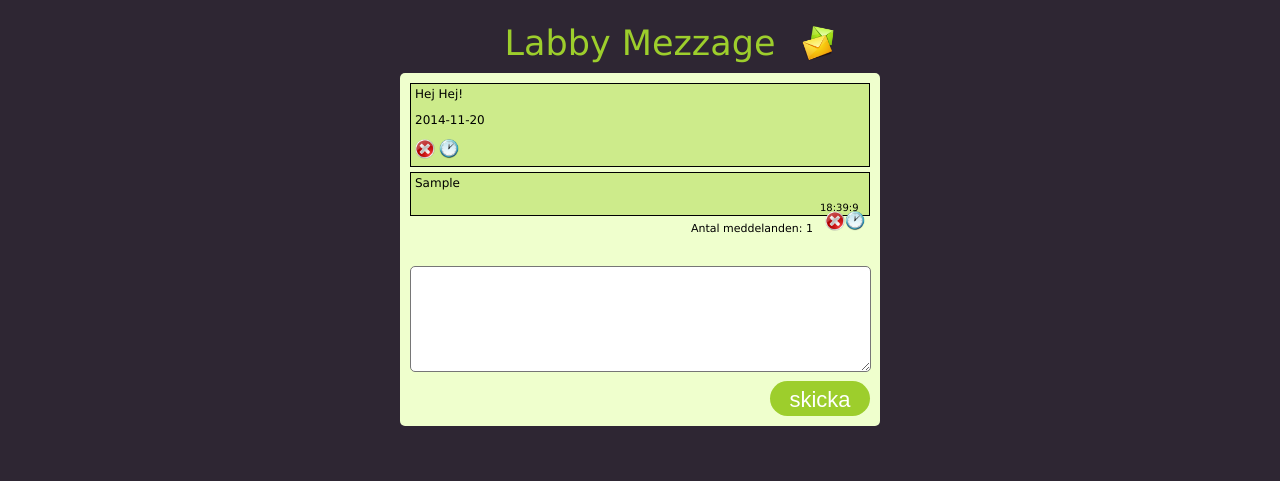
Repository: ad222kr/1dv403-laborationer
Page: 2-labbymezzage/index.html
The author's editor kept a record of every edit. The page is drawn from the files as they stood at one moment, then again after the next edit.
The browser window is 1280 px wide. The pictures show the whole page.
Empty fields were first filled with sample values (such as "Sample", 5 or name@example.com).
After loading, the first visible `#button` was clicked once.

Above is the page before.

### 2-labbymezzage/index.html
<!DOCTYPE HTML>
<html lang="sv">
    <head>
        <meta charset="UTF-8" />
        <title>Laboration 2 - Labby Mezzage!</title>
        <link rel="stylesheet" href="css/style.css" />
        <script src="js/Message.js"></script>
        <script src="js/MessageBoard.js"></script>

    </head>

    <body>
        <div id ="container">
            <header><h1>Labby Mezzage</h1></header>
            <div id="content">
                <div id="messages">
                    <div class="message">
                        <p class="msgtext">Hej Hej!</p>
                        <div id="buttons">
                            <p class "timestamp">2014-11-20</p>
                            <a href="#"><img class="delete" src="img/Remove-icon.png"></a></img>
                            <a href="#"><img class="time" src="img/clock.png"></a></img>
                        </div>

                    </div>
                </div>

                <div id="numberofmess"><p>Antal meddelanden: 1</p></div>
                <form id="form">
                    <textarea id="textarea" name="textarea"></textarea>
                <button id="button" type="button">skicka</button>
                </form>
            </div>
        </div>
    </body>
</html>

### 2-labbymezzage/css/style.css
body{
    background-color: #2E2633; /* Ändra sen */
    font-family: Verdana, Helvetica;

}

h1{

    color:#9dce2c;
    font-size: 35px;
    font-weight: normal;
}
p{
    color: black;
}

header{
    background-image: url("pics/logo.png");
    background-size: 35px 35px;
    background-repeat: no-repeat;
    background-position: 90%;
    text-align: center;
    height: 40px;
    line-height: 40px;
    margin-bottom:10px;
}

#container{
    width: 480px;
    margin: 0px auto;
}

#content{
    background: #EFFFCD;
    border-color: #000000;
    padding: 10px;
    border-radius: 5px;
    -webkit-border-radius: 5px;
    -moz-border-radius: 5px;


}

#content textarea{
    width: 455px;
    height: 100px;
    -webkit-border-radius: 5px;
    -moz-border-radius: 5px;
    border-radius: 5px;
    margin-top:20px;
}

#button{
    border: 0px;
	background-color:#9dce2c;
	-webkit-border-top-left-radius:42px;
	-moz-border-radius-topleft:42px;
	border-top-left-radius:42px;
	-webkit-border-top-right-radius:42px;
	-moz-border-radius-topright:42px;
	border-top-right-radius:42px;
	-webkit-border-bottom-right-radius:42px;
	-moz-border-radius-bottomright:42px;
	border-bottom-right-radius:42px;
	-webkit-border-bottom-left-radius:42px;
	-moz-border-radius-bottomleft:42px;
	border-bottom-left-radius:42px;
	display:inline-block;
	color:#ffffff;
	font-size:22px;
	font-weight:normal;
	font-style:normal;
	height:35px;
	line-height:35px;
	width:100px;
	text-decoration:none;
	text-align:center;
	margin-left: 360px;
	margin-top: 5px;
}

#button:hover{
    background:-webkit-gradient( linear, left top, left bottom, color-stop(0.05, #8cb82b), color-stop(1, #9dce2c) );
	background:-moz-linear-gradient( center top, #8cb82b 5%, #9dce2c 100% );
	background-color:#8cb82b;
}

#button:active{
    position: relative;
    top: 1px;
}

#numberofmess{
    color: black;
    font-size: 11px;
    float: right;
    margin-bottom: -25px;
}

#messages{
    margin-bottom: -15px;
}

.message{

    margin-bottom: 5px;
    font-size: 12px;
    border: solid 1px;
    background: #cdeb8b;
    padding: 4px;
}

.delete{
    height: 20px;
    width: 20px;
}
.time{
    height: 20px;
    width: 20px;
}

.buttons{
    float: right;
    margin-left: 200px;
    margin: 0 0 1em 1em;

}

.msgtext{
    width: 395px;
    text-align: justify;
    margin-top:-1px;
    word-wrap: break-word;
    display: block;

}

.timestamp{
    margin-left:405px;
    margin-bottom:-2px;
    font-size:10px;
}

### 2-labbymezzage/js/Message.js
"use strict";
function Message(message, date){


    this.getText = function(){
        return message;
    };
    this.setText = function(_text){
        message = _text;
    };
    this.getDate = function(){
        return date;
    };
    this.setDate = function(_date){
        date = _date;
    };
}

Message.prototype.getDateText = function(){
    // Hittade på http://stackoverflow.com/a/3067896
    var date = this.getDate();
    var hour = date.getHours().toString();
    var minute = date.getMinutes().toString();
    var seconds = date.getSeconds().toString();

    var dateText = hour + ":" + minute +":" + seconds;

    return dateText;

};
Message.prototype.toString = function(){

    var monthNames = [ "Januari", "Februari", "Mars", "April", "Maj", "Juni",
    "Juli", "Augusti", "September", "Oktober", "November", "December" ];

    var date = this.getDate();
    console.log(date);
    var year = date.getFullYear().toString();
    var month = monthNames[date.getMonth()];
    var day = date.getDate().toString();
    var hour = date.getHours().toString();
    var minute = date.getMinutes().toString();
    var seconds = date.getSeconds().toString();

    var dateTest = "Inlägget skapades den " +day+" "+month+ " "+year+" klockan "+hour+":"+minute+":"+seconds;
    return dateTest;
};
Message.prototype.getHTMLtext = function(){
    var htmlText = this.getText();
    return htmlText.replace(/[\n\r]/g, "<br />");
};

### 2-labbymezzage/js/MessageBoard.js
"use strict";
var MessageBoard = {


    messages: [],

    init: function(){
        // Reference to button
        var button = document.getElementById("button");

        // Add eventhandlers
        button.addEventListener("click", MessageBoard.createMessage, false);
        button.addEventListener("click", MessageBoard.messageCount, false);

    },

    messageCount: function(){
        // Generates messagecounter
        var count = MessageBoard.messages.length;
        var div = document.getElementById("numberofmess");
        var text = document.createElement("p");

        div.innerHTML = "";
        text.innerHTML = "Antal meddelanden: " + count;
        div.appendChild(text);

    },

    createMessage: function(){
        // Creates messageobject from textareas value and date right now
        var input = document.getElementById("textarea").value;
        var mess = new Message(input, new Date());

        // Adds message to array and renders it
        MessageBoard.messages.push(mess);
        MessageBoard.renderMessage(MessageBoard.messages.length - 1);

        // Resets textarea
        document.getElementById("form").reset();
        return false;
    },

    renderMessage: function(messageID){
        // Reference to div that holds all messages
        var div = document.getElementById("messages");

        // Creating elements for message, text, time and delete/timestamp buttons
        var messageDiv = document.createElement("div");
        var buttonDiv = document.createElement("div");
        var text = document.createElement("p");
        var time = document.createElement("p");
        var aClose = document.createElement("a");
        var aTime = document.createElement("a");
        var imgClose = document.createElement("img");
        var imgTime = document.createElement("img");


        // Setting classnames and attributes
        buttonDiv.className = "buttons"
        messageDiv.className = "message";
        text.className = "msgtext";
        time.className = "timestamp";
        imgClose.className = "delete";
        imgTime.className = "time";
        aClose.setAttribute("href", "#");
        aTime.setAttribute("href", "#");
        imgClose.setAttribute("src", "img/Remove-icon.png");
        imgTime.setAttribute("src", "img/clock.png");


        // Pushing elements to DOM
        div.appendChild(messageDiv);
        aClose.appendChild(imgClose);
        aTime.appendChild(imgTime);
        buttonDiv.appendChild(time);
        buttonDiv.appendChild(aClose);
        buttonDiv.appendChild(aTime);
        messageDiv.appendChild(text);
        messageDiv.appendChild(time);
        messageDiv.appendChild(buttonDiv);

        // Rendering the message and time
        text.innerHTML = MessageBoard.messages[messageID].getHTMLtext();
        time.innerHTML = MessageBoard.messages[messageID].getDateText();

        // Eventhandler for deleting a message on mouseclick
        imgClose.alt="Close";
        imgClose.onclick = function () {
            MessageBoard.deleteMessage(messageID);
            MessageBoard.messageCount();
        };
        imgTime.alt="Time";
        imgTime.onclick = function () {
            MessageBoard.showTimeStamp(messageID);
        };
    },

    renderMessages: function(){
        // Resets messages element and renders all messages
        document.getElementById("messages").innerHTML ="";

        for(var i = 0; i < MessageBoard.messages.length; i++){
            MessageBoard.renderMessage(i);
        }
    },

    deleteMessage: function(messageID){
        // Deletes one message, then renders all messag
        MessageBoard.messages.splice(messageID, 1);
        MessageBoard.renderMessages();
    },

    showTimeStamp: function(messageID){
        alert(MessageBoard.messages[messageID].toString());
    }
};

window.onload = MessageBoard.init;

After the next edit:
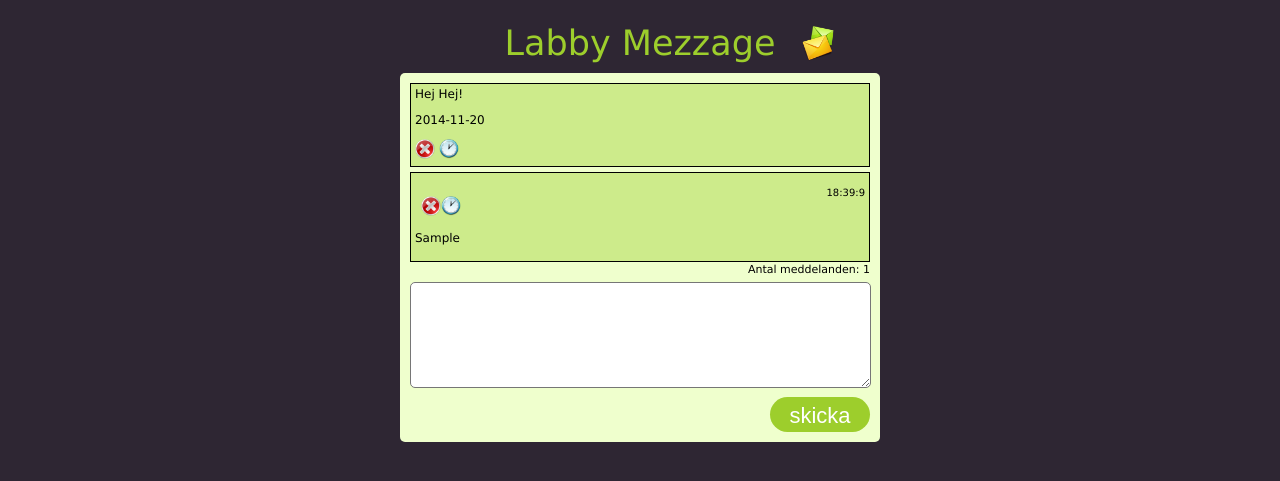
The edit:
--- a/2-labbymezzage/js/MessageBoard.js
+++ b/2-labbymezzage/js/MessageBoard.js
@@ -75,9 +75,9 @@
         buttonDiv.appendChild(time);
         buttonDiv.appendChild(aClose);
         buttonDiv.appendChild(aTime);
+        messageDiv.appendChild(buttonDiv);
         messageDiv.appendChild(text);
-        messageDiv.appendChild(time);
-        messageDiv.appendChild(buttonDiv);
+
 
         // Rendering the message and time
         text.innerHTML = MessageBoard.messages[messageID].getHTMLtext();
